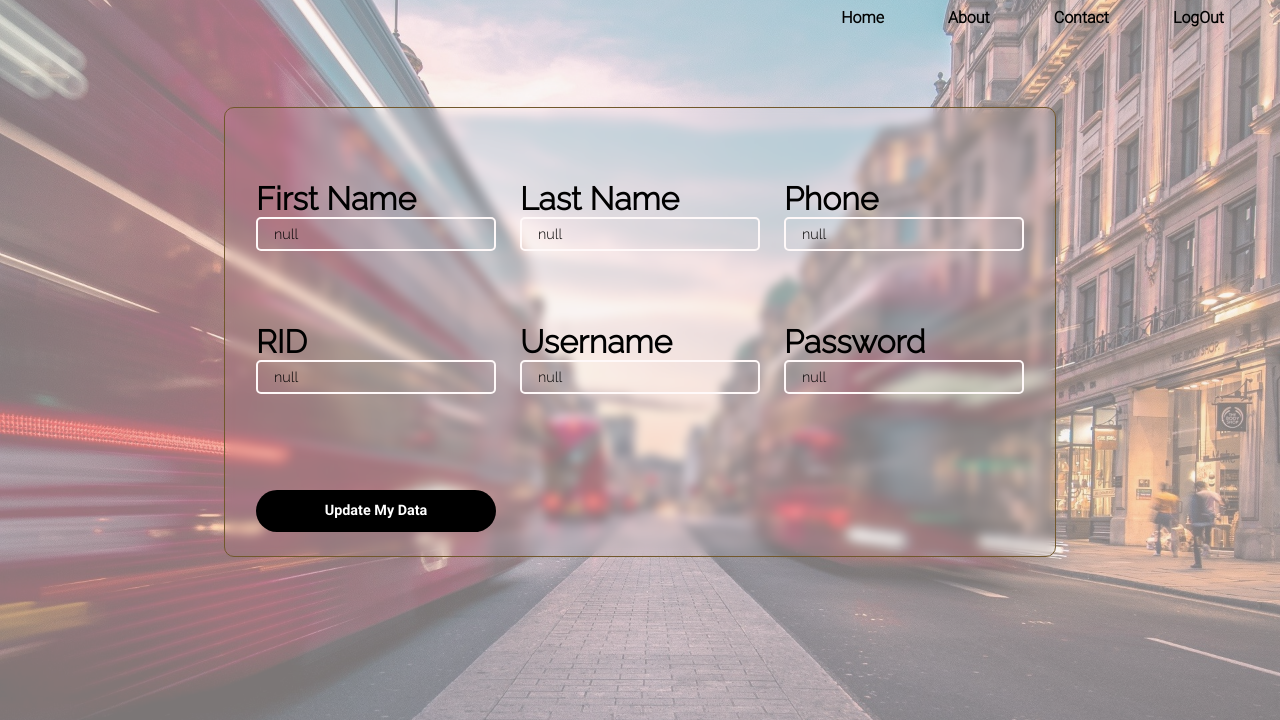
Repository: Savindushehan/RouteMaster-Group-project
Page: http://localhost/RouterMaster/Updateuserdetails.jsp
These files come from the project's save history. The page is drawn as it stood at one moment and after the next save; the edit follows.
The browser window is 1280 px wide. The pictures show the whole page.
The page is served by Tomcat 10. Other server files are loaded and not shown.

Above is the page before, as saved 2023-10-27 05:51:51.

### RouteMaster/RouterMaster/src/main/webapp/Updateuserdetails.jsp
<%@ page language="java" contentType="text/html; charset=UTF-8"
    pageEncoding="UTF-8"%>
<!DOCTYPE html>
<html>
<head>
<meta charset="UTF-8">
<title>Insert title here</title>
 <style>
          @font-face {
        font-family: 'Roboto-Light'; /* Font family name */
        src: url('Fonts/Roboto-Light.ttf') format('truetype'); /* URL to your font file */
        font-weight: normal;
        font-style: italic;
        }
        @font-face {
        font-family: 'Raleway-Light'; /* Font family name */
        src: url('Fonts/Raleway-Light.ttf') format('truetype'); /* URL to your font file */
        font-weight: normal;
        font-style: italic;
        }
        @font-face {
        font-family: 'Roboto-Bold'; /* Font family name */
        src: url('Fonts/Roboto-Bold.ttf') format('truetype'); /* URL to your font file */
        font-weight: normal;
        font-style: italic;
        }
        :root{
            --div-color1:#000000;
            --div-color2:#272702;
            --div-color3:#07FAFA;
            --div-color4:#FFFFFF;
        }
        a{
            text-decoration: none;
        }
        *{
            margin: 0;
            padding: 0;
            box-sizing:border-box;
        }
        a{
            text-decoration: none;
        }
         body{
			background-image: url('Images/background.jpg');
            background-size: cover;
            background-repeat: no-repeat;
            background-position: center;
            height: 100vh;
            justify-content:center;
            align-items:center;
            flex-direction:column;
        }
        body::before {
          content: "";
          position: absolute;
          top: 0;
          left: 0;
          width: 100%;
          height: 100%;
          background-color: rgba(245, 236, 236, 0.5);
          z-index: -1;
        }
        .head{
            display: flex;
            flex-direction: row;
            justify-content: right;
        }
        header h3{
            color: var(--div-color1);
            font-size:1rem;
            margin-right: 3rem;
            cursor: grab;
            padding: 0.5rem;
            border-radius: 0.5rem;
            outline: none;
            font-family: 'Roboto-Light';
        }
          form{
          display: flex;
          flex-direction: column;
          justify-content: center;
          align-items: center;
          width: 50rem;
          margin-left: auto;
          margin-right: auto;
        }
        h1{
          font-size: 2.5rem;
          text-align: center;
          margin-top: 3rem;
        }
         .row1,.row2{
          display: flex;
          flex-direction: row;
          justify-content: space-between;
          width: 100%;
          margin-left: auto;
          margin-right: auto;
          margin-bottom: 4rem;
              	 margin-top: 10vh;


        }
        .details{
          flex-direction: column;
          justify-content: space-between;
       	  width:60vw;
          margin-left:auto;
          margin-right: auto;

        }
        .colomn1{
            display: flex;
            flex-direction: column;
            margin-right: 4rem;
        }
        .colomn2{
            display: flex;
            flex-direction: column;
        }
         .colomn1 .colomn2 input{
        width:100%;
        height:50px;
        margin: 30px 0;
        }

         main{
         width:65%;
         height: 450px;
         display: flex;
         flex-direction: column;
         backdrop-filter: blur(5px);
         border:1px solid #72582c;
         border-radius: 10px;
         align-items:center;
         gap:40px;
    	 margin-top: 10vh;
    	margin-left: auto;
          margin-right: auto;
        }
        h2{
         font-family: 'Raleway-Light';
          font-size: 2rem;
        }
         form{
          display: flex;
          flex-direction: column;
          justify-content: center;
          align-items: center;
          width: 50rem;
          margin-left: auto;
          margin-right: auto;
        }

         .form .main{
           display:flex;
           flex-direction:column;
           width: 85%;
          }

         input{
          font-size: 0.9rem;
          font-family: 'Raleway-Light';
          width: 15rem;
          outline: none;
          padding-left: 1rem;
          padding-top: 0.4rem;
          padding-bottom: 0.4rem;
          border-radius: 5px;
          border: 2px solid red;
          border: none;
          background: transparent;
          border:2px solid rgb(255, 249, 249);

        }
          #btn{
          text-align: center;
          padding-left: 2rem;
          padding-right: 2rem;
          padding-top: 0.8rem;
          padding-bottom: 0.8rem;
          border-radius: 10px;
          font-family: 'Roboto-Bold';
          background-color: var(--div-color1);
          color: var(--div-color4);
          border: none;
          outline: none;
          cursor: pointer;
          margin-top: 2rem;
          border-radius:500px;
          transition:all 0.3s;
           margin-left: auto;
          margin-right: auto;
        }
       #btn:hover{
         transform:scale(1.15);
        }
    </style>
</head>
<body>
	 <header>
        <div class="head">
          <a href="Home.jsp"><h3 id="m1">Home</h3></a>
           <a href="AboutUs.jsp"><h3 id="m2">About</h3></a>
            <a href="ContactUS.jsp"><h3 id="m3">Contact</h3></a>
           <a href="login.jsp"><h3 id="m4">LogOut</h3></a>
        </div>
    </header>
	<main>
	<%
	String RID=request.getParameter("RID");
	String F_name=request.getParameter("F_name");
	String L_name=request.getParameter("L_name");
	String Phone=request.getParameter("Phone");
	String Username=request.getParameter("Username");
	String Password=request.getParameter("Password");
	%>

	<form action="updateuserServlet" method="post">
		 <div class="details">

                <div class="row1">

                    <div class="column1">
                        <h2>First Name</h2>
                        <input type="text" name="F_name" value="<%=F_name%>">
                    </div>
                    <div class="column2">
                        <h2>Last Name</h2>
                        <input type="text" name="L_name" value="<%=L_name%>">
                    </div>
                    <div class="column1">
                        <h2>Phone</h2>
                          <input type="text" name="Phone" value="<%=Phone%>">
                    </div>

                </div>
                <div class="row2">

                    <div class="column2">
                       	<h2>RID</h2>
                        <input type="text" name="RID" value="<%=RID%>" readonly>
                    </div>
                    <div class="column1">
                        <h2>Username</h2>
                         <input type="text" name="Username" value="<%=Username%>">
                    </div>
                    <div class="column2">
                        <h2>Password</h2>
                          <input type="text" name="Password" value="<%=Password%>">
                    </div>
                </div>



                <input type="submit" name="btn" id="btn" value="Update My Data">
            </div>
	</form>
	</main>

</body>
</html>

After the next save:
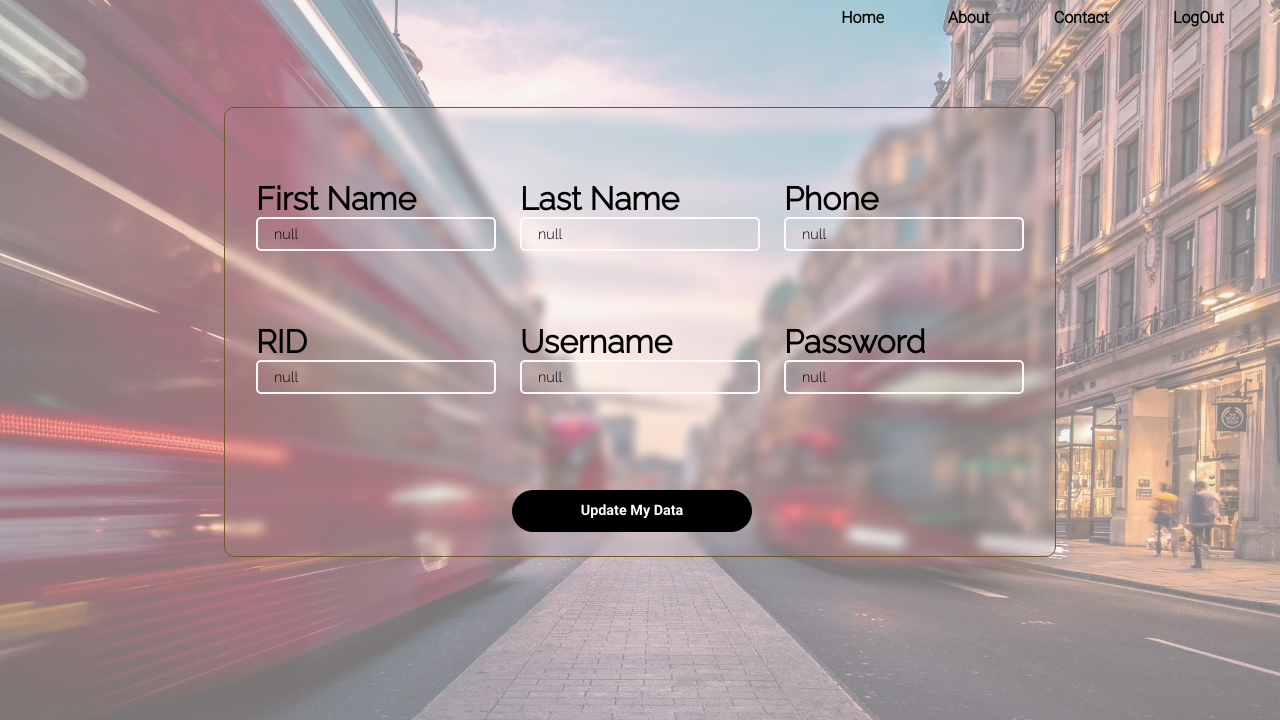
Saved 42 s later.
--- a/RouteMaster/RouterMaster/src/main/webapp/Updateuserdetails.jsp
+++ b/RouteMaster/RouterMaster/src/main/webapp/Updateuserdetails.jsp
@@ -190,7 +190,7 @@
           margin-top: 2rem;
           border-radius:500px;
           transition:all 0.3s;
-           margin-left: auto;
+           margin-left:20vw;
           margin-right: auto;
         }
        #btn:hover{
